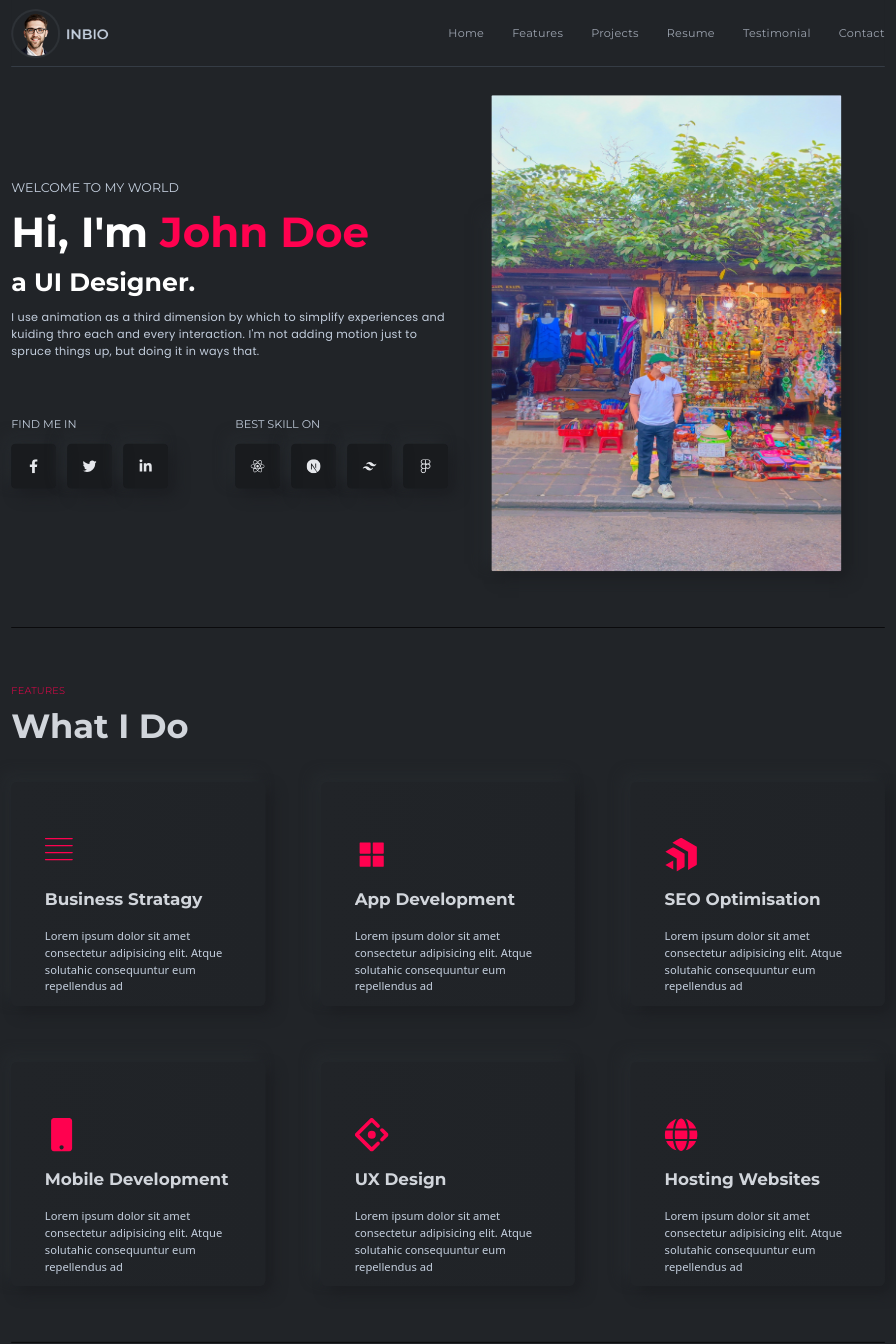
Repository: vophuocthanh/react-profile
Page: /
An editor plug-in stored every save of this project. The page is shown before and after the next save, followed by the edit.
The browser window is 1280 px wide. The pictures show the part of the page from y = 0 to 1920 px (the page is 7251 px tall), at 70% of full size.
The project was rebuilt for these pictures with package versions that can differ from the ones it lists, and the page was loaded fresh each time. Also part of the build but not shown: src/components/resume/Skills.js, src/components/resume/Achievement.js, src/components/resume/Experience.js.

Above is the page before, as saved 2023-05-04 15:37:34.

After the next save:
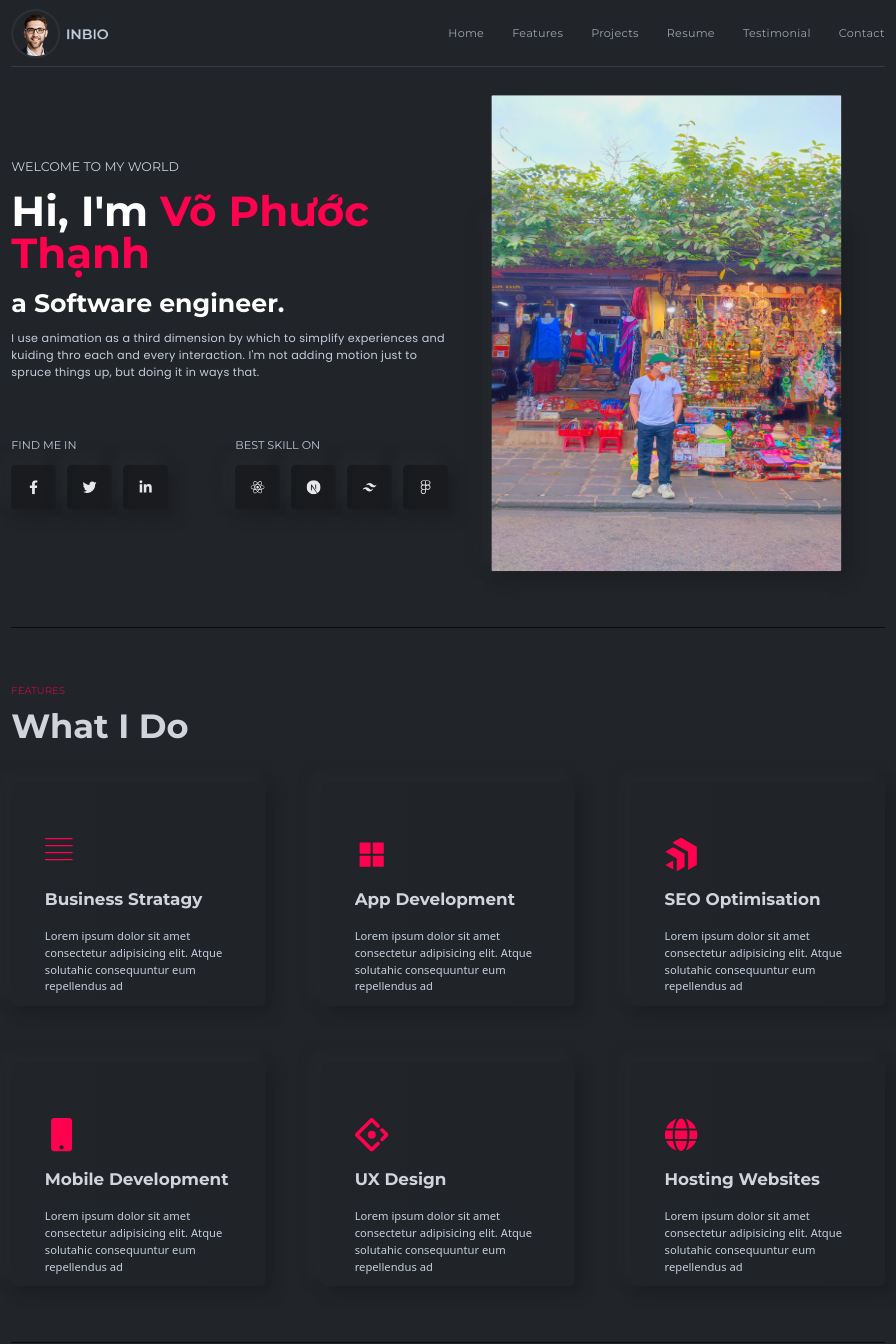
Saved 2 min 41 s later.
--- a/src/components/banner/LeftBanner.js
+++ b/src/components/banner/LeftBanner.js
@@ -1,21 +1,22 @@
-import React from 'react'
+import React from "react";
 import { useTypewriter, Cursor } from "react-simple-typewriter";
-import Media from './Media';
+import Media from "./Media";
 
 const LeftBanner = () => {
-    const [text] = useTypewriter({
-      words: ["Professional Coder.", "Full Stack Developer.", "UI Designer."],
-      loop: true,
-      typeSpeed: 20,
-      deleteSpeed: 10,
-      delaySpeed: 2000,
-    });
+  const [text] = useTypewriter({
+    words: ["Software engineer.", "FrontendDeveloper."],
+    loop: true,
+    typeSpeed: 20,
+    deleteSpeed: 10,
+    delaySpeed: 2000,
+  });
   return (
     <div className="w-full lgl:w-1/2 flex flex-col gap-20">
       <div className="flex flex-col gap-5">
         <h4 className=" text-lg font-normal">WELCOME TO MY WORLD</h4>
         <h1 className="text-6xl font-bold text-white">
-          Hi, I'm <span className="text-designColor capitalize">John doe</span>
+          Hi, I'm{" "}
+          <span className="text-designColor capitalize">Võ Phước Thạnh</span>
         </h1>
         <h2 className="text-4xl font-bold text-white">
           a <span>{text}</span>
@@ -31,10 +32,10 @@
           just to spruce things up, but doing it in ways that.
         </p>
       </div>
-     {/* Media */}
-     <Media />
+      {/* Media */}
+      <Media />
     </div>
   );
-}
+};
 
-export default LeftBanner
+export default LeftBanner;
